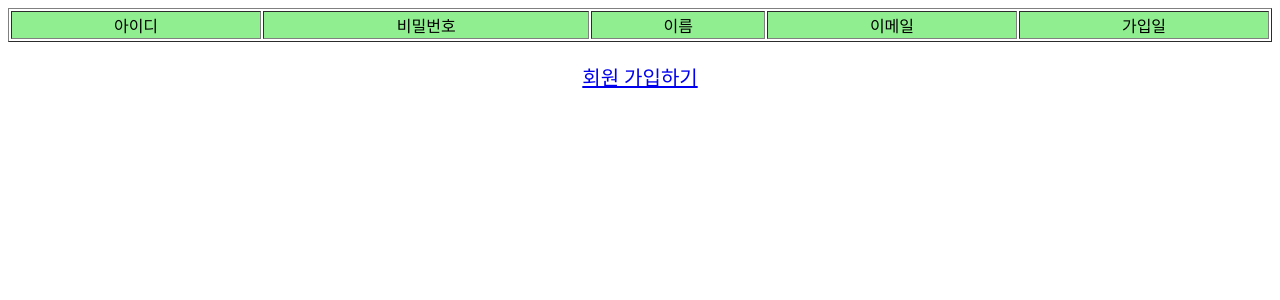
Repository: AhnHyeongSu/GreenComputer
Page: http://localhost/pro17/member/addMember.do
The author's editor kept a copy of each file at every save. The page is drawn from the files as they stood at one save, then again after the next save.
The browser window is 1280 px wide. The pictures show the whole page.
The page is served by Tomcat 9. Other server files are loaded and not shown. Queries for data that is not in the repository find no rows.

Above is the page before, as saved 2022-08-08 02:28:42.

### 04.DB&SQL&JSP/교육/JSP/pro17/src/main/webapp/test02/listMembers.jsp
<%@ page language="java" contentType="text/html; charset=UTF-8"
    pageEncoding="UTF-8" import="java.util.*,sec01.ex01.*"
    isELIgnored="false"%>
    <%@ taglib prefix="fmt" uri="http://java.sun.com/jsp/jstl/fmt" %>
    <%@ taglib prefix="c" uri="http://java.sun.com/jsp/jstl/core"  %>
    <c:set var = "contextPath" value="${pageContext.request.contextPath}"/>
    <%
    request.setCharacterEncoding("utf-8");
    %>
<!DOCTYPE html>
<html>
<head>
<meta charset="UTF-8">
<title>회원 정보 출력창</title>
<style>
.cls1 {
font-size: 10px;
text-align: center;}
.cls2 {
font-size: 20px;
text-align: center;}
</style>
</head>
<body>
<table border="1" width="100%">
<tr bgcolor="lightgreen" align="center">
	<td>아이디</td>
	<td>비밀번호</td>
	<td>이름</td>
	<td>이메일</td>
	<td>가입일</td>
</tr>
<c:choose>
<c:when test="${membersList==null}">
<tr>
	<td colspan=5>
	<b>등록된 회원이 없습니다.</b>
	</td>
</tr>
</c:when>
<c:when test="${membersList != null}">
<c:forEach var="mem" items="${membersList}">
<tr align="center">
	<td>${mem.id }</td>
	<td>${mem.pwd }</td>
	<td>${mem.name }</td>
	<td>${mem.email }</td>
	<td>${mem.joinDate }</td>
</tr>
</c:forEach>
</c:when>
</c:choose>
</table>

<a href="${contextPath}/member/memberForm.do"><p class="cls2">회원 가입하기</p></a>
</body>
</html>

### 04.DB&SQL&JSP/교육/JSP/pro17/src/main/java/sec02/ex01/MemberController.java
package sec02.ex01;

import java.io.IOException;
import java.util.List;

import javax.servlet.RequestDispatcher;
import javax.servlet.ServletException;
import javax.servlet.annotation.WebServlet;
import javax.servlet.http.HttpServlet;
import javax.servlet.http.HttpServletRequest;
import javax.servlet.http.HttpServletResponse;


import sec02.ex01.MemberVO;


@WebServlet("/member/*")
public class MemberController extends HttpServlet {
	private static final long serialVersionUID = 1L;
	MemberDAO memberDAO;

	public void init() throws ServletException {
		memberDAO = new MemberDAO();
	}

	public void destroy() {

	}

	protected void doGet(HttpServletRequest request, HttpServletResponse response) throws ServletException, IOException {
		doHandle(request, response);
	}


	protected void doPost(HttpServletRequest request, HttpServletResponse response) throws ServletException, IOException {
		doHandle(request, response);
	}

	private void doHandle(HttpServletRequest request, HttpServletResponse response) throws ServletException, IOException {
		String nextPage = null;
		request.setCharacterEncoding("utf-8");
		response.setContentType("text/html;charset=utf-8");
		String action = request.getPathInfo(); //파일경로 반환
		System.out.println("action:" + action);

		if(action == null || action.equals("/listMembers.do")) {
			List membersList = memberDAO.listMembers();
			request.setAttribute("membersList", membersList);
			nextPage = "/test02/listMembers.jsp";
		} else if(action.equals("/addMember.do")) {
			String id = request.getParameter("id");
			String pwd = request.getParameter("pwd");
			String name = request.getParameter("name");
			String email = request.getParameter("email");
			MemberVO memberVO = new MemberVO(id, pwd, name, email);
			memberDAO.addMember(memberVO);
			nextPage = "/member/listMembers.do";
		} else if(action.equals("/memberForm.do")) {
			nextPage = "/test02/memberForm.jsp";
		} else {
			List membersList = memberDAO.listMembers();
			request.setAttribute("membersList", membersList);
			nextPage = "/test02/listMembers.jsp";
		}
		RequestDispatcher dispatch = request.getRequestDispatcher(nextPage);
		dispatch.forward(request, response);
	}

}

### 04.DB&SQL&JSP/교육/JSP/pro17/src/main/java/sec02/ex01/MemberVO.java
package sec02.ex01;

import java.sql.Date;

public class MemberVO {

	private String id;
	private String pwd;
	private String name;
	private String email;
	private Date joinDate;

	public MemberVO() {
		System.out.println("MemberVO 생성자 호출");
	}

	public MemberVO(String id, String pwd, String name, String email) {
		this.id = id;
		this.pwd = pwd;
		this.name = name;
		this.email = email;
	}

	public MemberVO(String id, String pwd, String name, String email, Date joinDate) {
		this.id = id;
		this.pwd = pwd;
		this.name = name;
		this.email = email;
		this.joinDate = joinDate;
	}

	public String getId() {
		return id;
	}

	public void setId(String id) {
		this.id = id;
	}

	public String getPwd() {
		return pwd;
	}

	public void setPwd(String pwd) {
		this.pwd = pwd;
	}

	public String getName() {
		return name;
	}

	public void setName(String name) {
		this.name = name;
	}

	public String getEmail() {
		return email;
	}

	public void setEmail(String email) {
		this.email = email;
	}

	public Date getJoinDate() {
		return joinDate;
	}

	public void setJoinDate(Date joinDate) {
		this.joinDate = joinDate;
	}



}

After the next save:
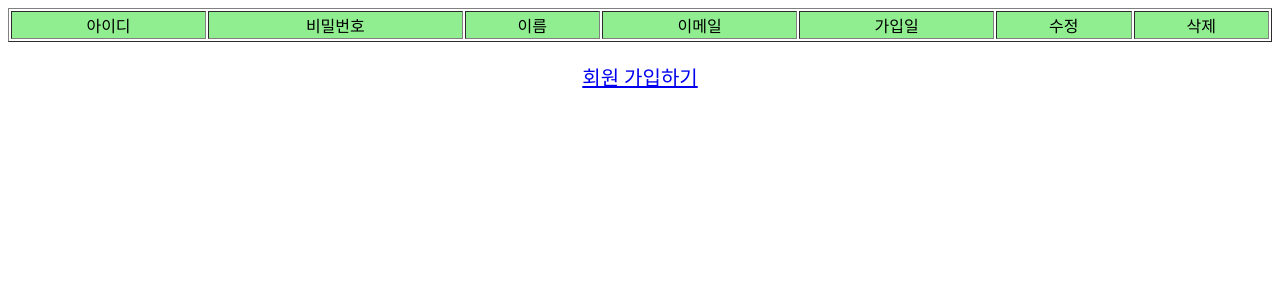
Saved 7 min 19 s later.
--- a/04.DB&SQL&JSP/교육/JSP/pro17/src/main/webapp/test02/listMembers.jsp
+++ b/04.DB&SQL&JSP/교육/JSP/pro17/src/main/webapp/test02/listMembers.jsp
@@ -10,6 +10,22 @@
 <!DOCTYPE html>
 <html>
 <head>
+<c:choose>
+	<c:when test='${msg=="addMember" }'>
+		<script>
+		window.onload = function() {
+			alert("회원을 등록했습니다.");
+		}
+		</script>
+	</c:when>
+	<c:when test='${msg=="modified" }'>
+		<script>
+		window.onload = function() {
+			alert("회원 정보를 수정했습니다.");
+		}
+		</script>
+	</c:when>
+</c:choose>
 <meta charset="UTF-8">
 <title>회원 정보 출력창</title>
 <style>
@@ -29,6 +45,8 @@ text-align: center;}
 	<td>이름</td>
 	<td>이메일</td>
 	<td>가입일</td>
+	<td>수정</td>
+	<td>삭제</td>
 </tr>
 <c:choose>
 <c:when test="${membersList==null}">
